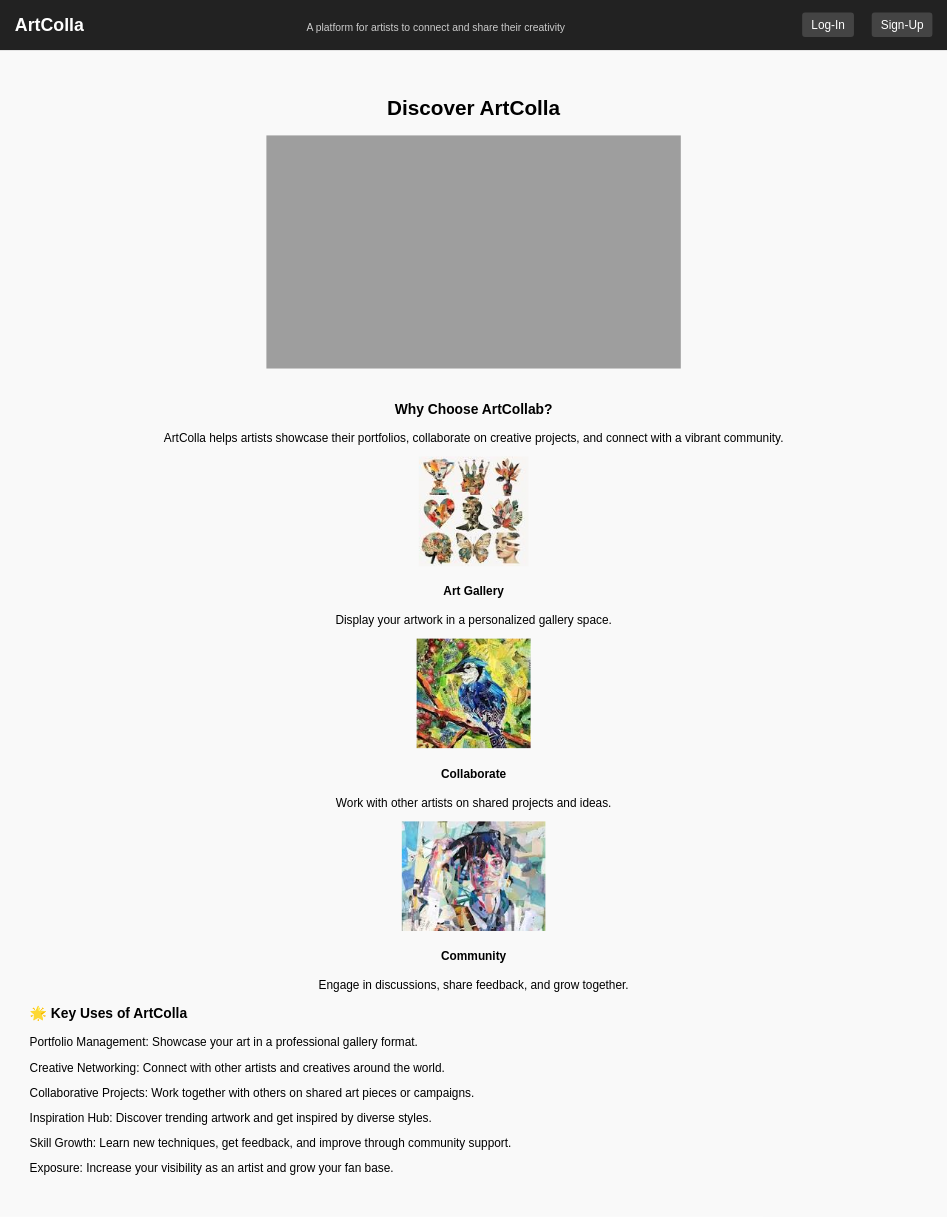
Repository: jeevanReddyP/ArtCollab_App
Page: index.html
An editor plug-in stored every save of this project. The page is shown before and after the next save, followed by the edit.
The browser window is 1280 px wide. The pictures show the whole page, at 74% of full size.
Pictures or frames that could not be fetched are drawn as grey boxes.

Above is the page before, as saved 2025-06-11 16:44:06.

After the next save:
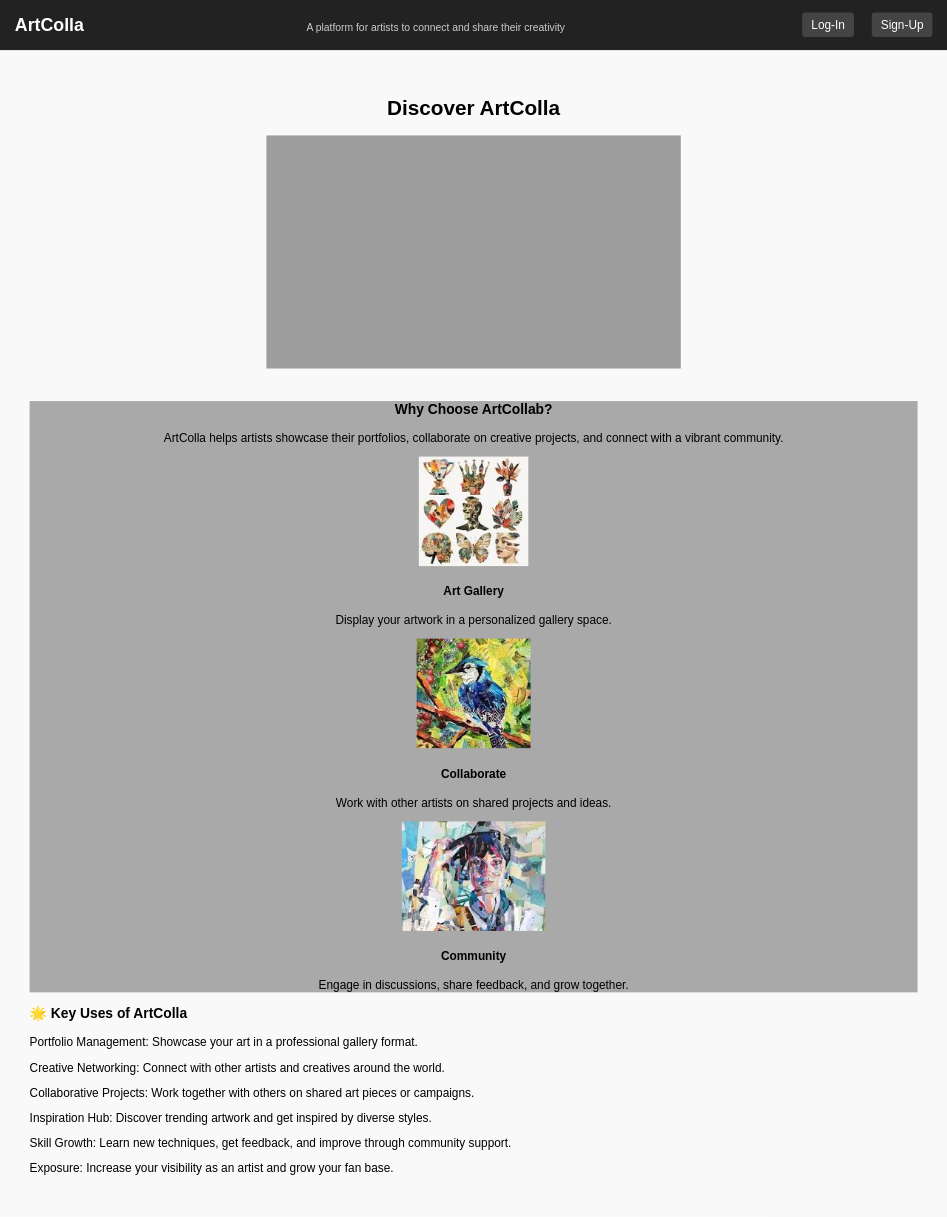
Saved 18 s later.
--- a/index.css
+++ b/index.css
@@ -46,5 +46,5 @@ transition: backgroun-color 0.3s;
 }
 .app-details{
     text-align: center;
-    background-color: ;
+    background-color: darkgray;
 }
